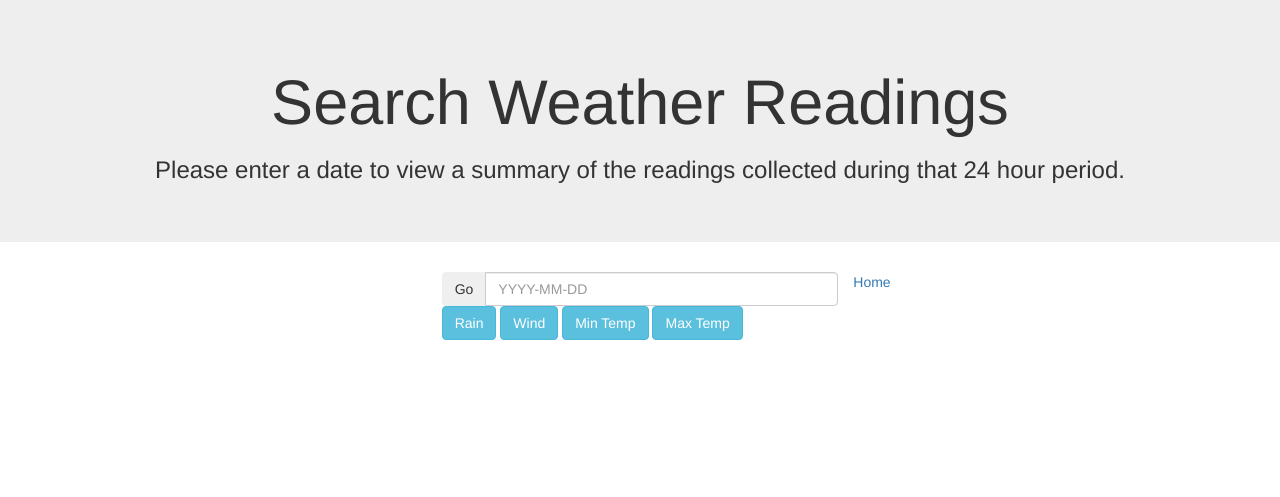
Repository: kralin27/ILC
Page: http://localhost/TESCWeather/WEB-INF/jsp/Search.jsp
These files come from the project's save history. The page is drawn as it stood at one moment and after the next save; the edit follows.
The browser window is 1280 px wide. The pictures show the whole page.
The page is served by Tomcat 9. Nobody is signed in. Other server files are loaded and not shown. The template is opened directly, without the code that normally fills it, so the values that code supplies are empty.

Above is the page before, as saved 2016-12-13 01:42:46.

### TESCWeather/src/main/webapp/WEB-INF/jsp/Search.jsp
<%@ taglib prefix="c" uri="http://java.sun.com/jsp/jstl/core"%>
<%@ taglib prefix="spring" uri="http://www.springframework.org/tags"%>

<html>
<head lang="en">
     <head>
          <meta charset="utf-8">
          <meta http-equiv="X-UA-Compatible" content="IE=edge">
          <meta name="viewport" content="width=device-width, initial-scale=1">
    <title>Search</title>
        <link rel="stylesheet" href="https://maxcdn.bootstrapcdn.com/bootstrap/3.3.5/css/bootstrap.min.css">

</head>
<body>

<div class="jumbotron">
                  <h1 align="center">Search Weather Readings</h2>
                  <h3 align="center">Please enter a date to view a summary of the readings collected during that 24 hour period.</h3>
</div>

		<a href=" <spring:url value="/" /> "> Home </a>

<%-- <form method="GET" action=" <spring:url value="/WeatherReadings/Date" />"> --%>
<!-- 	<input type="text" name="date" size="10"> -->
<!-- 	<!-- HTTP GET method will append ?date=<value entered> to request URL -->
<!-- 	<input type="submit" value="For Date"> -->
<!-- </form> -->

<%-- <form method="GET" action=" <spring:url value="/WeatherReadings/Measure/Rain" />"> --%>
<!-- 	<input type="submit" value="Rain"> -->
<!-- </form> -->

<%-- <form method="GET" action=" <spring:url value="/WeatherReadings/Measure/Wind" />"> --%>
<!-- 	<input type="submit" value="Wind"> -->
<!-- </form> -->

<%-- <form method="GET" action=" <spring:url value="/WeatherReadings/Measure/TempMin" />"> --%>
<!-- 	<input type="submit" value="Temp Min"> -->
<!-- </form> -->

<%-- <form method="GET" action=" <spring:url value="/WeatherReadings/Measure/TempMax" />"> --%>
<!-- 	<input type="submit" value="Temp Max"> -->
<!-- </form> -->

<div class="col-md-4 col-md-offset-4">

          	<div class="input-group">
          		<span class="input-group-btn">
          			<button class="btn btn-large" type="button" action="<spring:url value="/WeatherReadings/Date" />">Go</button>
          		</span>
          		<input type="text" class="form-control" placeholder="YYYY-MM-DD">

          	</div>
<%--           	<a href="<spring:url value="/Search" />" class="btn btn-large btn-info"> --%>
<!--           		<span class="glyphicon glyphicon-search"></span> Search </a>  -->
<%--           	<a class="btn btn-large btn-info" href="<spring:url value="/Search" />">Search</a> --%>
          	<a class="btn btn-large btn-info" href="<spring:url value="/WeatherReadings/Measure/Rain" />">Rain</a>
          	<a class="btn btn-large btn-info" href="<spring:url value="/WeatherReadings/Measure/Wind" />">Wind</a>
          	<a class="btn btn-large btn-info" href="<spring:url value="/WeatherReadings/Measure/TempMin" />">Min Temp</a>
          	<a class="btn btn-large btn-info" href="<spring:url value="/WeatherReadings/Measure/TempMax" />">Max Temp</a>



</div>


</body>
</html>

After the next save:
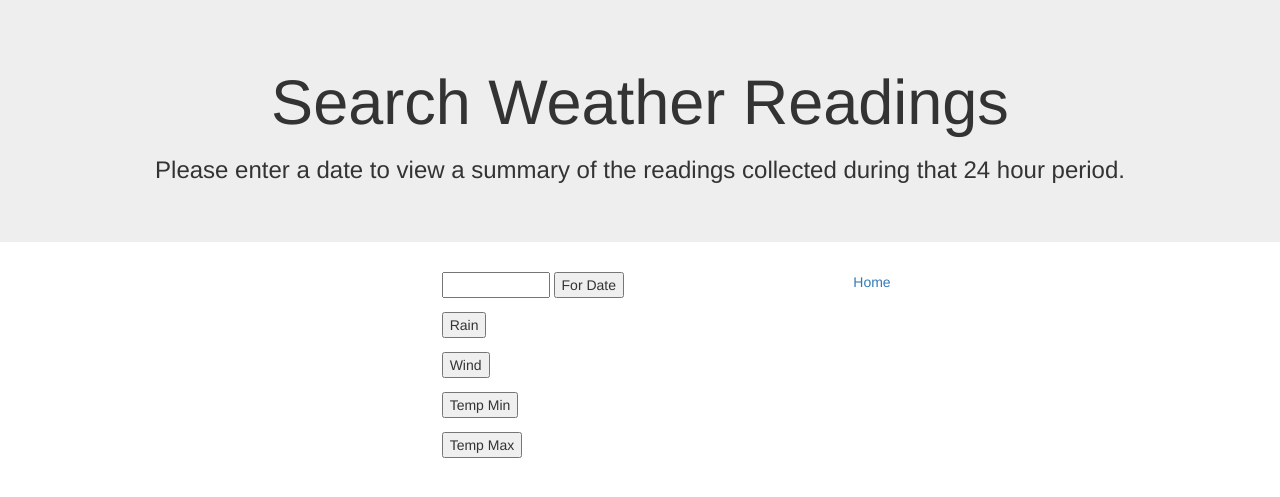
Saved 10 min 13 s later.
--- a/TESCWeather/src/main/webapp/WEB-INF/jsp/Search.jsp
+++ b/TESCWeather/src/main/webapp/WEB-INF/jsp/Search.jsp
@@ -20,44 +20,47 @@
 
 		<a href=" <spring:url value="/" /> "> Home </a>
 
-<%-- <form method="GET" action=" <spring:url value="/WeatherReadings/Date" />"> --%>
-<!-- 	<input type="text" name="date" size="10"> -->
-<!-- 	<!-- HTTP GET method will append ?date=<value entered> to request URL -->
-<!-- 	<input type="submit" value="For Date"> -->
-<!-- </form> -->
-
-<%-- <form method="GET" action=" <spring:url value="/WeatherReadings/Measure/Rain" />"> --%>
-<!-- 	<input type="submit" value="Rain"> -->
-<!-- </form> -->
-
-<%-- <form method="GET" action=" <spring:url value="/WeatherReadings/Measure/Wind" />"> --%>
-<!-- 	<input type="submit" value="Wind"> -->
-<!-- </form> -->
-
-<%-- <form method="GET" action=" <spring:url value="/WeatherReadings/Measure/TempMin" />"> --%>
-<!-- 	<input type="submit" value="Temp Min"> -->
-<!-- </form> -->
-
-<%-- <form method="GET" action=" <spring:url value="/WeatherReadings/Measure/TempMax" />"> --%>
-<!-- 	<input type="submit" value="Temp Max"> -->
-<!-- </form> -->
-
 <div class="col-md-4 col-md-offset-4">
 
-          	<div class="input-group">
-          		<span class="input-group-btn">
-          			<button class="btn btn-large" type="button" action="<spring:url value="/WeatherReadings/Date" />">Go</button>
-          		</span>
-          		<input type="text" class="form-control" placeholder="YYYY-MM-DD">
 
-          	</div>
+<form method="GET" action=" <spring:url value="/WeatherReadings/Date" />">
+	<input type="text" name="date" size="10">
+
+	<input type="submit" value="For Date">
+</form>
+
+<form method="GET" action=" <spring:url value="/WeatherReadings/Measure/Rain" />">
+	<input type="submit" value="Rain">
+</form>
+
+<form method="GET" action=" <spring:url value="/WeatherReadings/Measure/Wind" />">
+	<input type="submit" value="Wind">
+</form>
+
+<form method="GET" action=" <spring:url value="/WeatherReadings/Measure/TempMin" />">
+	<input type="submit" value="Temp Min">
+</form>
+
+<form method="GET" action=" <spring:url value="/WeatherReadings/Measure/TempMax" />">
+	<input type="submit" value="Temp Max">
+</form>
+
+<!-- <div class="col-md-4 col-md-offset-4"> -->
+
+<!--           	<div class="input-group"> -->
+<!--           		<span class="input-group-btn"> -->
+<%--           			<button class="btn btn-large" type="button" action="<spring:url value="/WeatherReadings/Date" />">Go</button> --%>
+<!--           		</span> -->
+<!--           		<input type="text" class="form-control" placeholder="YYYY-MM-DD"> -->
+
+<!--           	</div> -->
 <%--           	<a href="<spring:url value="/Search" />" class="btn btn-large btn-info"> --%>
 <!--           		<span class="glyphicon glyphicon-search"></span> Search </a>  -->
 <%--           	<a class="btn btn-large btn-info" href="<spring:url value="/Search" />">Search</a> --%>
-          	<a class="btn btn-large btn-info" href="<spring:url value="/WeatherReadings/Measure/Rain" />">Rain</a>
-          	<a class="btn btn-large btn-info" href="<spring:url value="/WeatherReadings/Measure/Wind" />">Wind</a>
-          	<a class="btn btn-large btn-info" href="<spring:url value="/WeatherReadings/Measure/TempMin" />">Min Temp</a>
-          	<a class="btn btn-large btn-info" href="<spring:url value="/WeatherReadings/Measure/TempMax" />">Max Temp</a>
+<%--           	<a class="btn btn-large btn-info" href="<spring:url value="/WeatherReadings/Measure/Rain" />">Rain</a> --%>
+<%--           	<a class="btn btn-large btn-info" href="<spring:url value="/WeatherReadings/Measure/Wind" />">Wind</a> --%>
+<%--           	<a class="btn btn-large btn-info" href="<spring:url value="/WeatherReadings/Measure/TempMin" />">Min Temp</a> --%>
+<%--           	<a class="btn btn-large btn-info" href="<spring:url value="/WeatherReadings/Measure/TempMax" />">Max Temp</a> --%>
 
 
 
